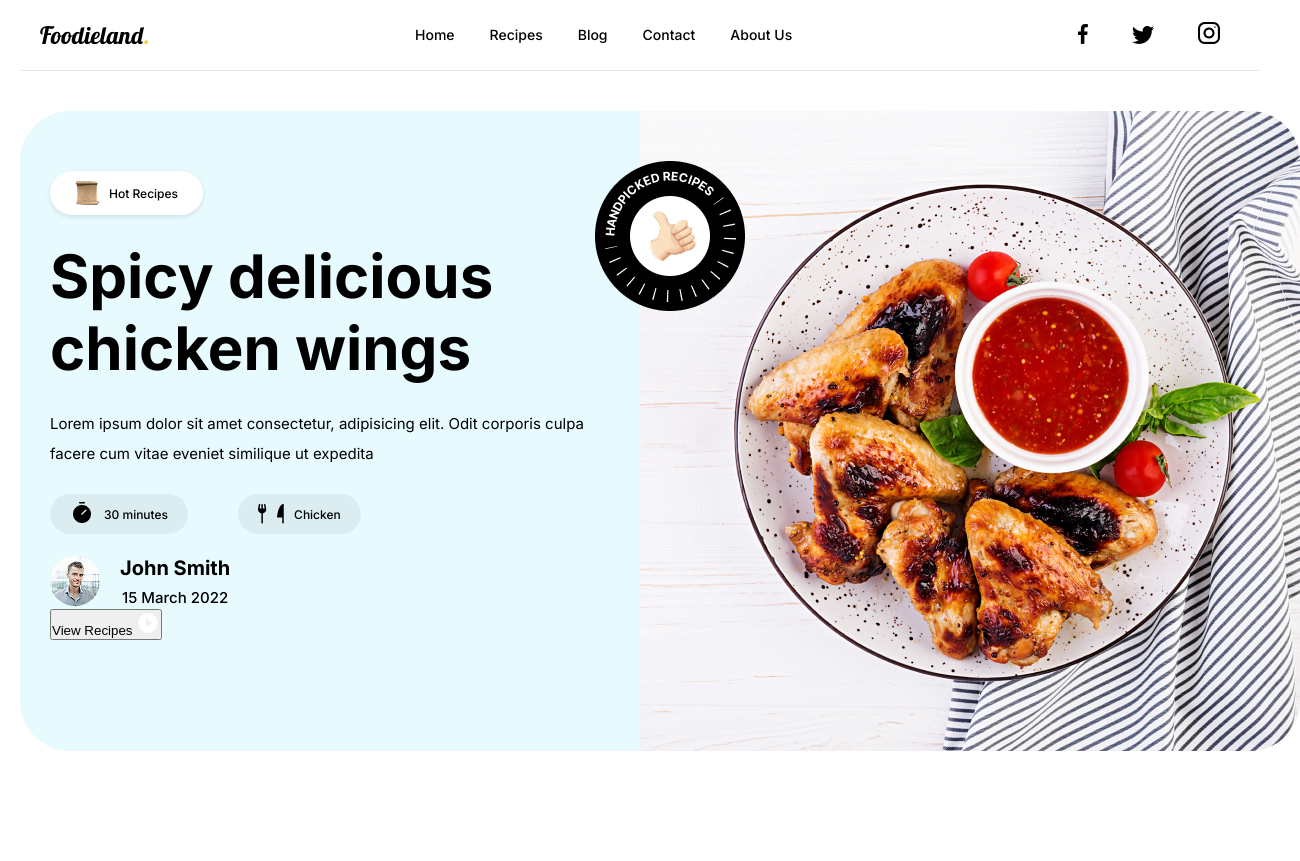
Repository: SolomonChinonso/Advanced-html-and-css-project
Page: index.html
An editor plug-in stored every save of this project. The page is shown before and after the next save, followed by the edit.
The browser window is 1280 px wide. The page is 1300 px wide, so the pictures cover 1300 px, including what lies to the right of the window. The pictures show the whole page.

Above is the page before, as saved 2026-04-16 13:36:56.

After the next save:
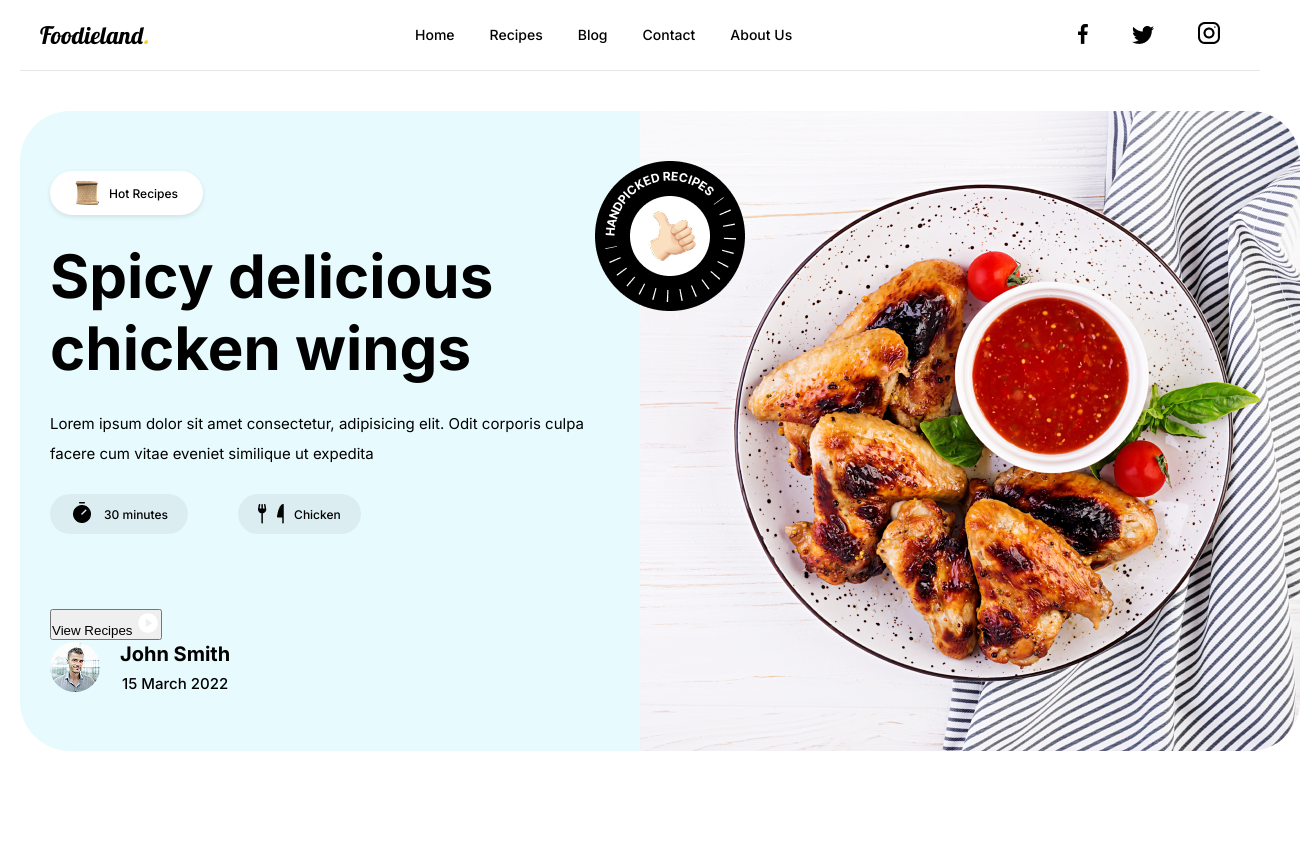
Saved 4 s later.
--- a/style.css
+++ b/style.css
@@ -147,7 +147,7 @@ p{
     justify-content: center;
     gap: 20px;
     position: relative;
-    bottom: -9px;
+    bottom: -95px;
 }
 .author-details{
     display: flex;
